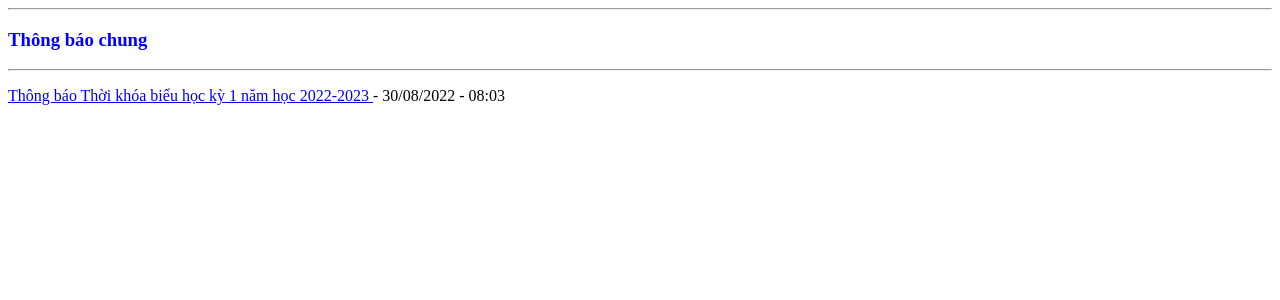
Repository: HoangDuy315/web-dev2022
Page: ex3.html
An editor plug-in stored every save of this project. The page is shown before and after the next save, followed by the edit.
The browser window is 1280 px wide. The pictures show the whole page.

Above is the page before, as saved 2022-09-22 15:41:26.

### ex3.html
<html lang="en">
<head>
    <meta charset="UTF-8">
    <meta http-equiv="X-UA-Compatible" content="IE=edge">
    <meta name="viewport" content="width=device-width, initial-scale=1.0">
    <link rel="stylesheet" href="./ex3.css">
    <title>Document</title>
</head>
<body>
    <hr >
        <h3 class="thongbao">Thông báo chung</h3>
    </hr>
    <hr>
        <!-- <ul  class="tinnhan">
            <li>Thông báo Thời khóa biểu học kỳ 1 năm học 2022-2023 - 30/08/2022 - 08:03</li>
            <li>Lễ tốt nghiệp và trao bằng Kỹ sư, Cử nhân đợt tháng 9/2022 - 22/09/2022 - 09:37</li>
            <li>Thông báo chiêu sinh khóa luyện thi TOEIC Nghe Đọc và Nói Viết - 20/09/2022 - 10:42</li>
            <li>Thông báo về việc xảy ra lỗi moodle môn học trong học kỳ 1 năm học 2022-2023 - 05/09/2022 - 11:17</li>
            <li>Thông báo thông tin Seminar chung về Trí tuệ Nhân tạo và Khoa học Dữ liệu - 10/08/2022 - 15:11</li>
            <li>Thông báo thu học phí học kỳ I năm học 2022-2023 trình độ Đại học chính quy - 09/08/2022 - 15:43</li>
            <li>Thông báo lịch thi các môn anh văn cuối kỳ học kỳ hè năm học 2021-2022 - 04/08/2022 - 10:28</li>
            <li>Thông báo về việc công nhận môn Khởi nghiệp kinh doanh là môn tự chọn tự do cho tất cả các ngành đào tạo đại học chính quy - 01/08/2022 - 14:08</li>
            <li>Thông báo thời gian nộp đơn chuyển ngành, bảo lưu, nhập học lại Học kỳ 1 năm học 2022-2023 - 14/07/2022 - 15:02</li>
            <li>Cập nhật kết quả xét miễn anh văn - Thông báo về việc nhận đơn xét miễn các môn anh văn 1, 2 và 3 trong học kỳ 1 năm học 2022-2023 cho sinh viên chính quy chương trình đào tạo đại trà - 13/07/2022 - 14:46</li>
        </ul> -->
        <p>

            <a href="https://student.uit.edu.vn/thongbao/thong-bao-thoi-khoa-bieu-hoc-ky-1-nam-hoc-2022-2023">Thông báo Thời khóa biểu học kỳ 1 năm học 2022-2023 </a></a>
            - 30/08/2022 - 08:03</p>
        <p>
    </hr>

</body>
</html>

### ex3.css
.thongbao {
    color: blue;
}

.tinnhan {
    color: rgb(7, 125, 204);
}

After the next save:
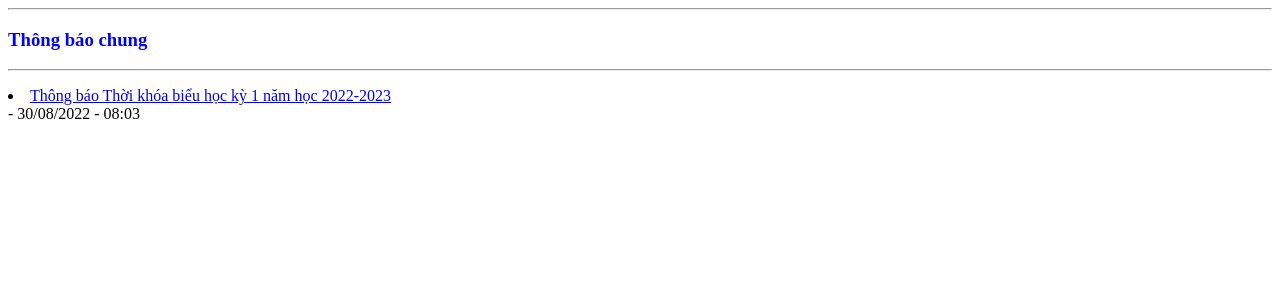
Saved 18 s later.
--- a/ex3.html
+++ b/ex3.html
@@ -24,9 +24,9 @@
             <li>Cập nhật kết quả xét miễn anh văn - Thông báo về việc nhận đơn xét miễn các môn anh văn 1, 2 và 3 trong học kỳ 1 năm học 2022-2023 cho sinh viên chính quy chương trình đào tạo đại trà - 13/07/2022 - 14:46</li>
         </ul> -->
         <p>
-
+            <li>
             <a href="https://student.uit.edu.vn/thongbao/thong-bao-thoi-khoa-bieu-hoc-ky-1-nam-hoc-2022-2023">Thông báo Thời khóa biểu học kỳ 1 năm học 2022-2023 </a></a>
-            - 30/08/2022 - 08:03</p>
+            </li>  - 30/08/2022 - 08:03</p>
         <p>
     </hr>
 
